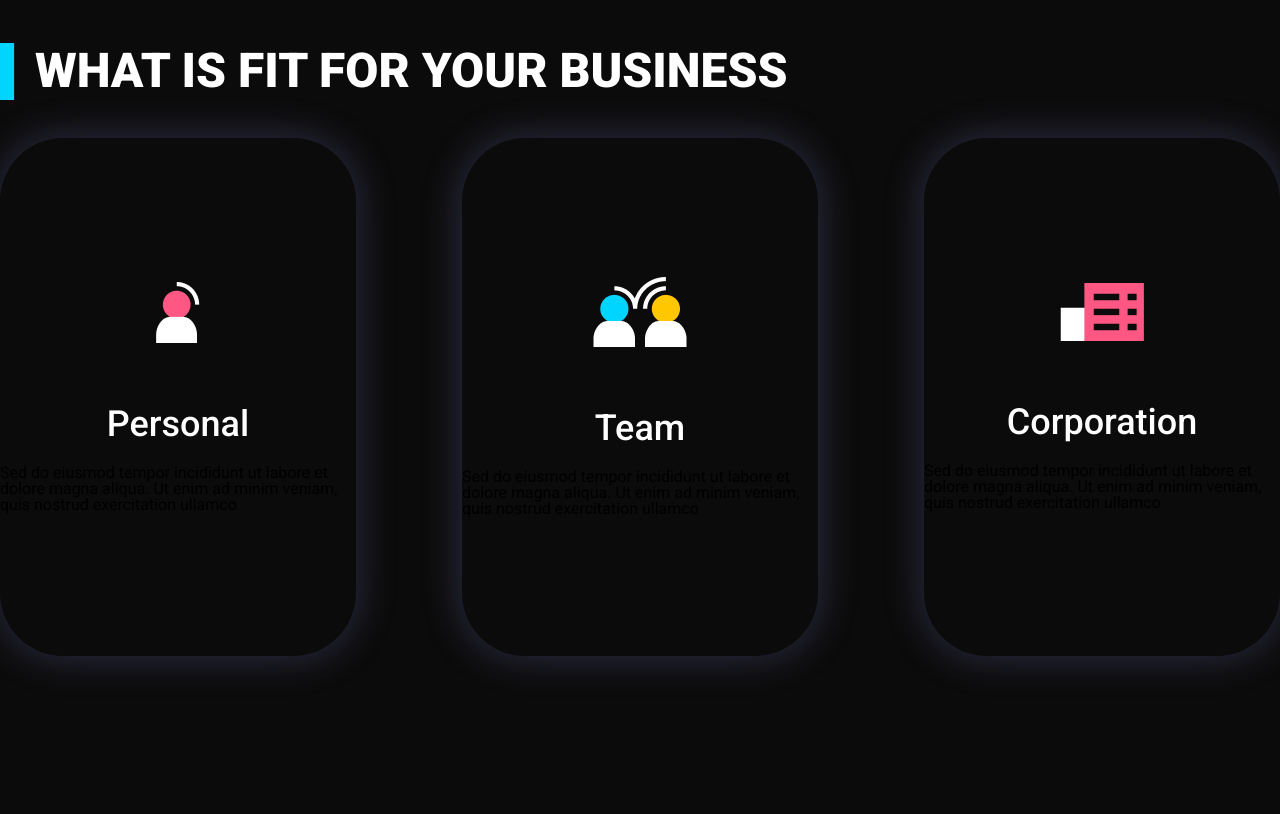
Repository: VetaWhale/team-site-test
Page: index.html
These files come from the project's save history. The page is drawn as it stood at one moment and after the next save; the edit follows.
The browser window is 1280 px wide. The pictures show the whole page.
Some web fonts or font styles are not loaded; a fallback is used.

Above is the page before, as saved 2023-04-24 13:37:02.

After the next save:
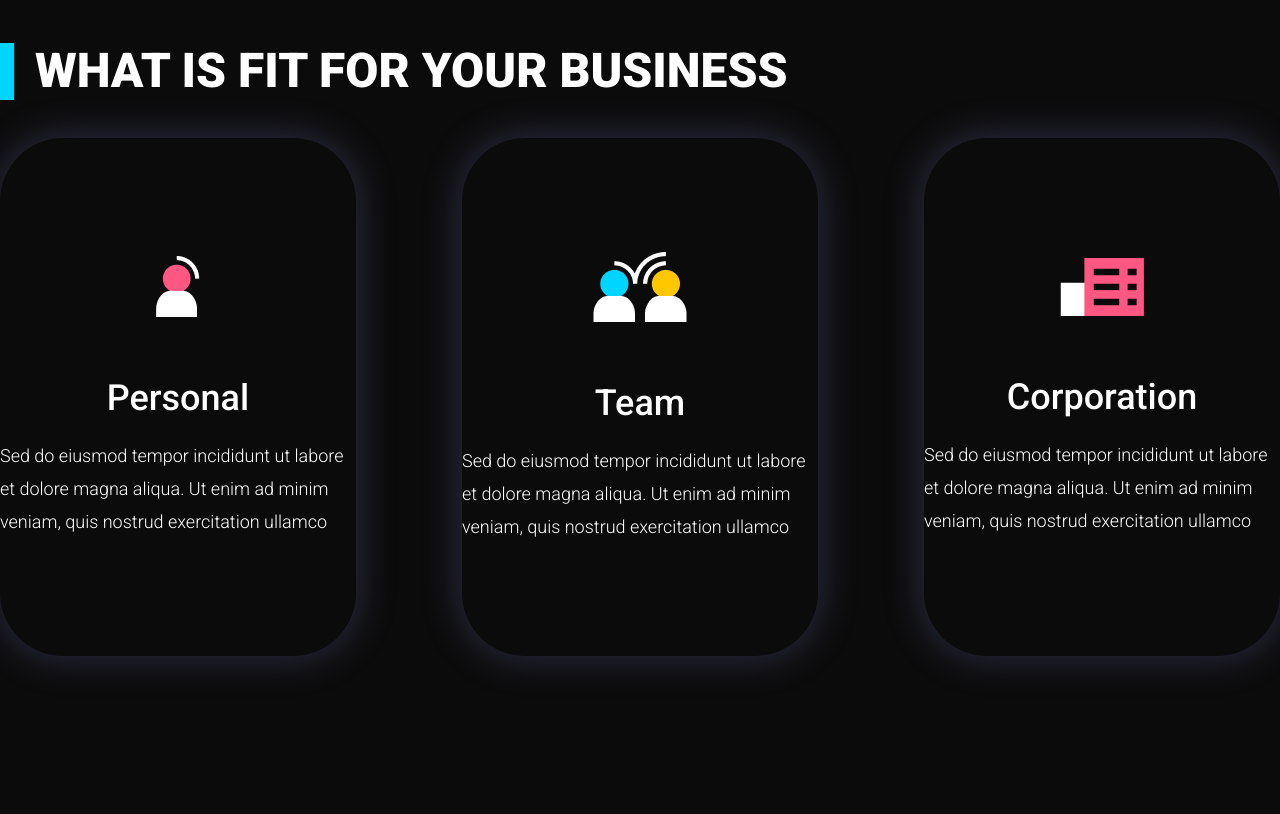
Saved 34 s later.
--- a/css/business.css
+++ b/css/business.css
@@ -49,3 +49,10 @@
     border-radius: 63px;
     gap: 20px;
 }
+
+.business__description {
+    font-weight: 300;
+    font-size: 18px;
+    line-height: 33px;
+    color: #FFFFFF;
+}
